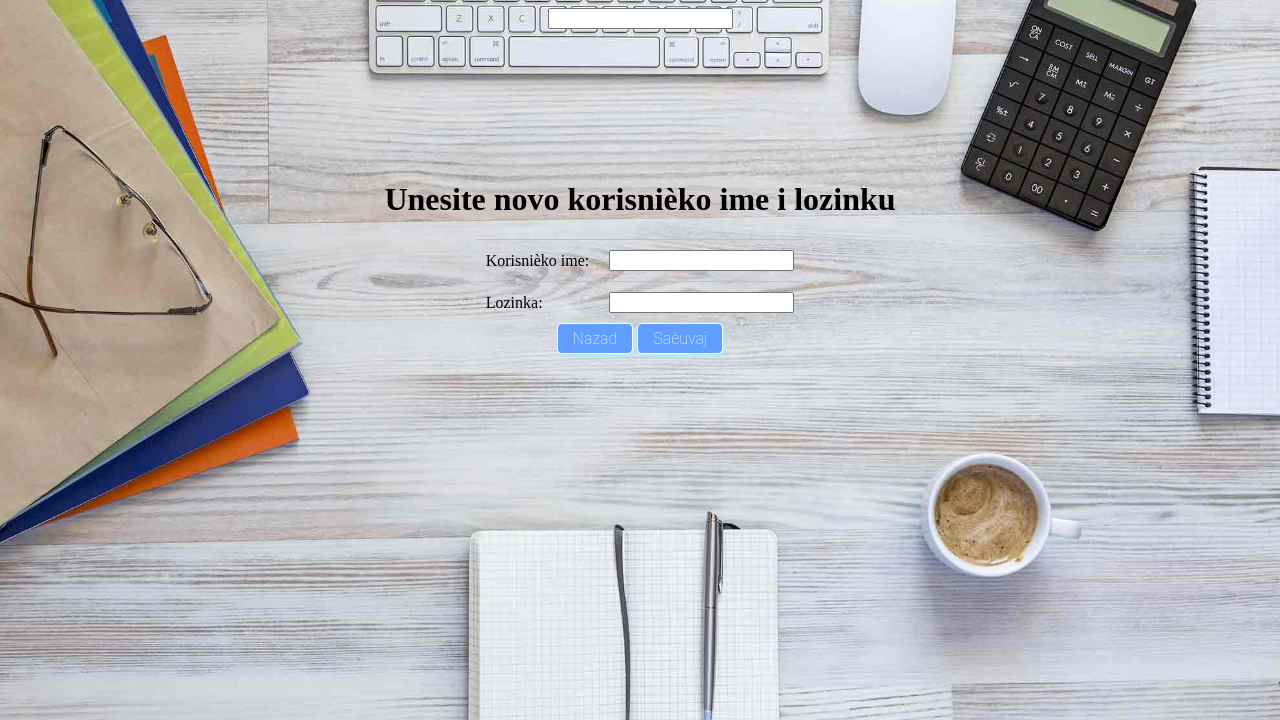
Repository: KristijanPetkovic/java-applet-video-library
Page: Projekti/www.videoteka.com/WebContent/noviKorisnik.html
An editor plug-in stored every save of this project. The page is shown before and after the next save, followed by the edit.
The browser window is 1280 px wide. The pictures show the whole page.

Above is the page before, as saved 2019-01-12 19:48:49.

### Projekti/www.videoteka.com/WebContent/noviKorisnik.html
<html>
	<head>
		<meta http-equiv="content-type" content="text/html">
		<title>Otvaranje naloga</title>
		<link rel="stylesheet" type="text/css" href="./css/logovanje.css" >
	</head>
	<body>
	<input name="greska" id="greska" type="text" >
		<h1 id="naslov">Unesite novo korisnièko ime i lozinku</h1>
		<form action="NoviKorisnikServlet" method="post">
			<table class="center" cellpadding="15px">
				<tr>
					<td>Korisnièko ime: </td>
					<td> <input name="ime" type="text"> </td>
				</tr>
				<tr>
					<td>Lozinka: </td>
					<td> <input name="sifra" type="text"> </td>
				</tr>
			</table>
			<input class="color-change" type="button" onclick="location.href='./login.html';" value="Nazad" />
			<input class="color-change" name="saèuvaj" type="submit" value="Saèuvaj">
		</form>
	</body>
</html>

### Projekti/www.videoteka.com/WebContent/css/logovanje.css
#naslov{
    margin-top:12%;
    }

table.center {
    margin-left:auto;
    margin-right:auto;
  }

body {
	background: url(../slike/poz.jpg) no-repeat center center fixed;
	-webkit-background-size: cover;
	-moz-background-size: cover;
	-o-background-size: cover;
	background-size: cover;
	text-align:center;
  }
table{
	border-color: rgb(0,0,0);
	border-collapse: collapse;
}
th{
	color: rgb(255, 255, 255);
	background: rgb(0, 0, 0);
	collspan: 2;
}
td{
	border-top: 1pt solid silver;
	padding: 10;
}
ttr:nth-child(odd){
	background: rgb(255, 255, 255);
}
tr:hover{
	background: rgb(96, 158, 255);
}
input:focus{
	background-color: rgb(255, 255, 179);
	border-color: rgb(186, 186, 186);
}
.color-change {
  border-radius: 5px;
  font-size: 20px;
  padding: 5px 15px;
  cursor: pointer;
  color: #fff;
  background-color: rgb(96, 158, 255);
  font-size: 1rem;
  font-family: 'Roboto';
  font-weight: 100;
  border: 1px solid #fff;
  box-shadow: 2px 2px 5px #AFE9FF;
  transition-duration: 0.5s;
  -webkit-transition-duration: 0.5s;
  -moz-transition-duration: 0.5s;
}

.color-change:hover {
  color: #006398;
  border: 1px solid #006398;
  box-shadow: 2px 2px 20px #AFE9FF;
}

button.color-change {
  -webkit-appearance: none;
  -moz-appearance: none;
}

After the next save:
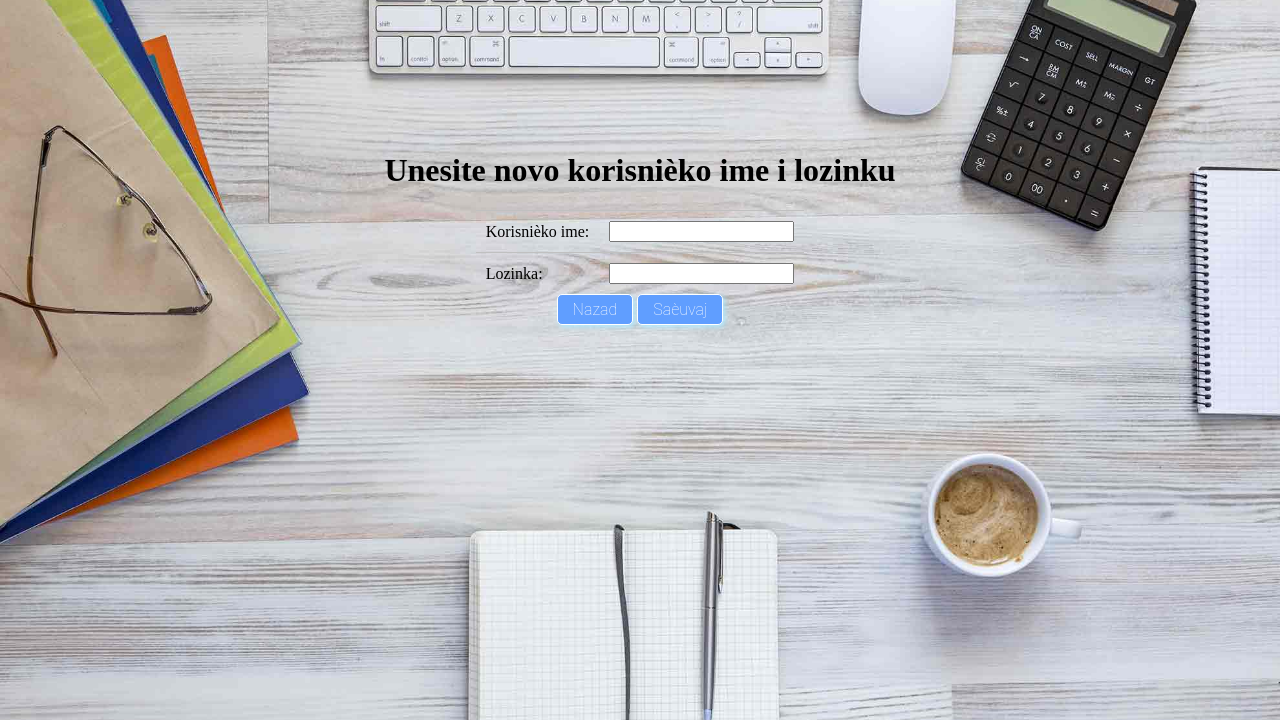
Saved 59 s later.
--- a/Projekti/www.videoteka.com/WebContent/noviKorisnik.html
+++ b/Projekti/www.videoteka.com/WebContent/noviKorisnik.html
@@ -5,7 +5,6 @@
 		<link rel="stylesheet" type="text/css" href="./css/logovanje.css" >
 	</head>
 	<body>
-	<input name="greska" id="greska" type="text" >
 		<h1 id="naslov">Unesite novo korisnièko ime i lozinku</h1>
 		<form action="NoviKorisnikServlet" method="post">
 			<table class="center" cellpadding="15px">
